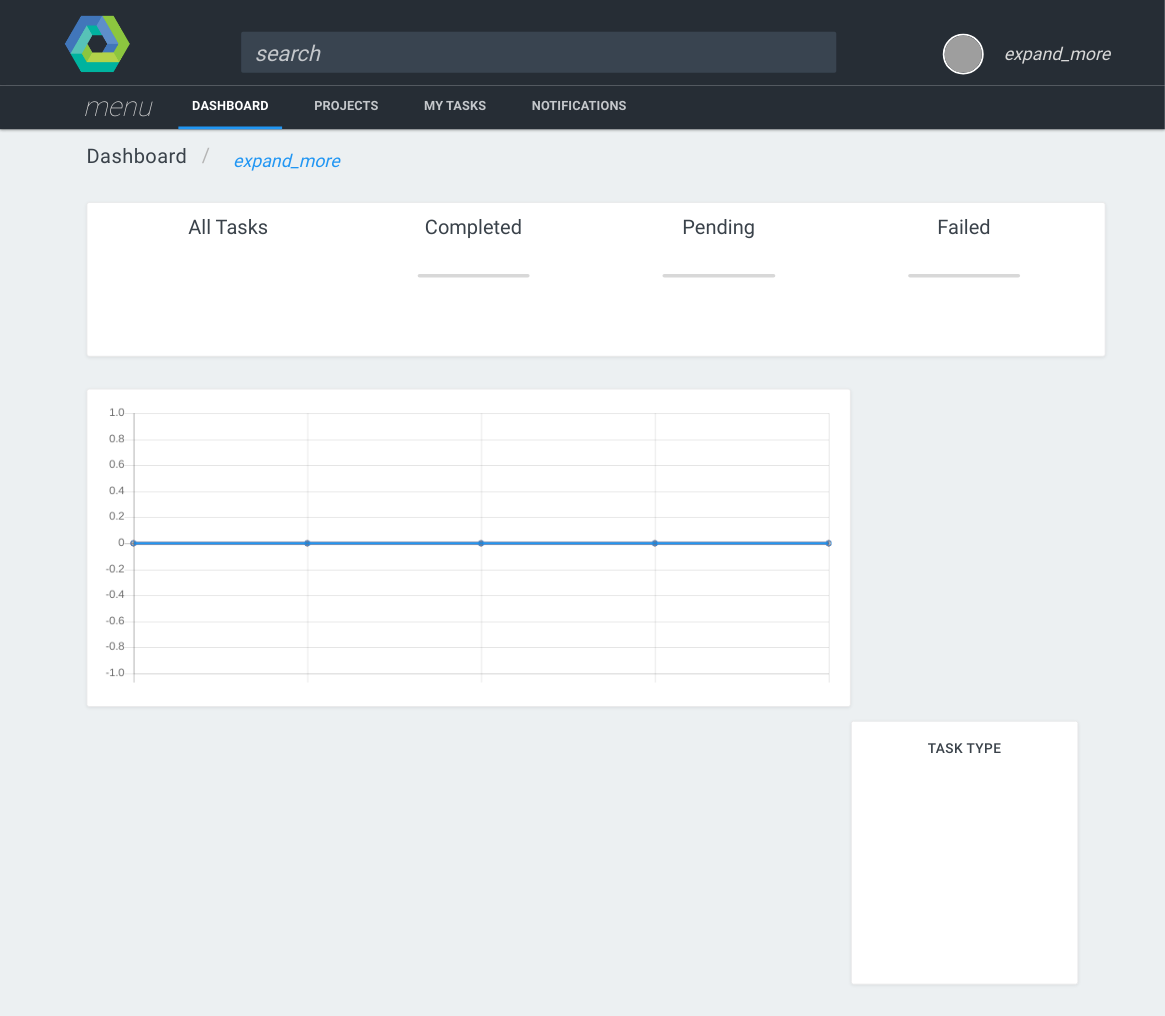
Repository: RenanChagas/ProjectManagement
Page: http://localhost/finalproject/WEB-INF/views/dashboard.jsp
These files come from the project's save history. The page is drawn as it stood at one moment and after the next save; the edit follows.
The browser window is 1280 px wide. The pictures show the whole page, at 91% of full size.
Pictures or frames that could not be fetched are drawn as grey boxes. The page is served by Tomcat 9. Nobody is signed in. The template is opened directly, without the code that normally fills it, so the values that code supplies are empty.

Above is the page before, as saved 2017-11-23 02:03:43.

After the next save:
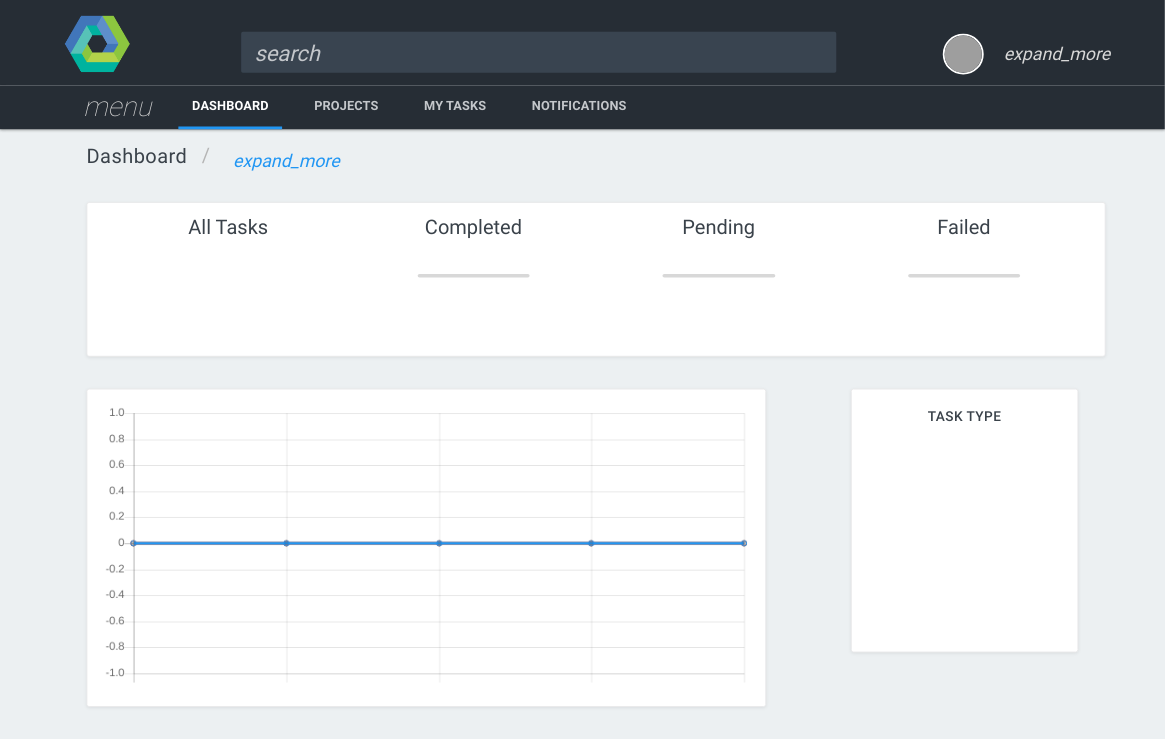
Saved 67 s later.
--- a/finalproject/src/main/webapp/WEB-INF/views/dashboard.jsp
+++ b/finalproject/src/main/webapp/WEB-INF/views/dashboard.jsp
@@ -245,7 +245,7 @@
 
     <!-- Graphics -->
     <div class="row">
-      <div class="col l9 MDC-padding-0 MDC-margin-right40 hide-on-med-and-down">
+      <div class="col l8 MDC-padding-0 MDC-margin-right40 hide-on-med-and-down">
         <div class="MDC-card MDC-dashboardGraphics-card-size">
           <div class="MDC-card-news-container">
 

After the save that followed:
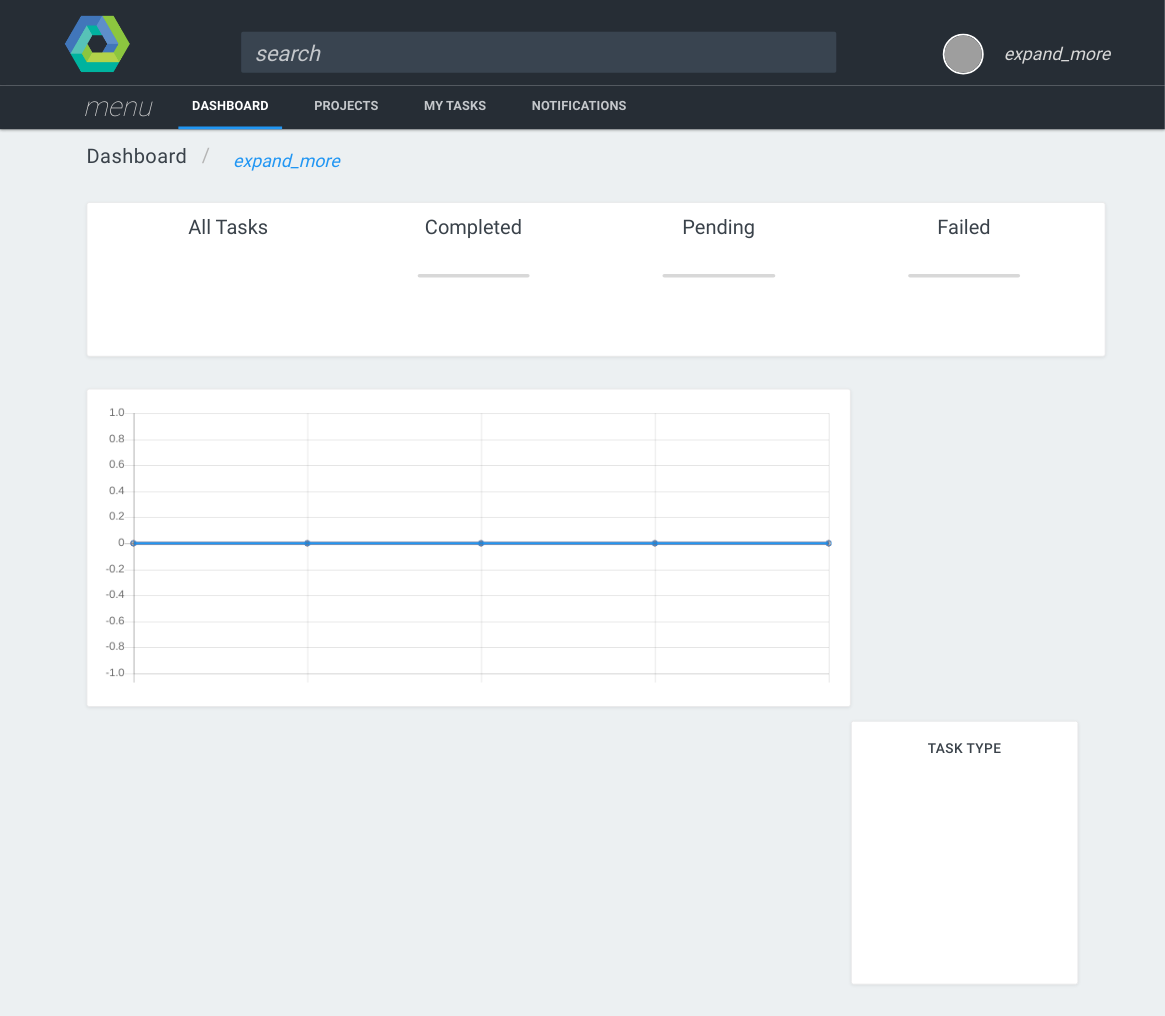
Saved 38 s later.
--- a/finalproject/src/main/webapp/WEB-INF/views/dashboard.jsp
+++ b/finalproject/src/main/webapp/WEB-INF/views/dashboard.jsp
@@ -245,7 +245,7 @@
 
     <!-- Graphics -->
     <div class="row">
-      <div class="col l8 MDC-padding-0 MDC-margin-right40 hide-on-med-and-down">
+      <div class="col l9 MDC-padding-0 MDC-margin-right40 hide-on-med-and-down">
         <div class="MDC-card MDC-dashboardGraphics-card-size">
           <div class="MDC-card-news-container">
 
